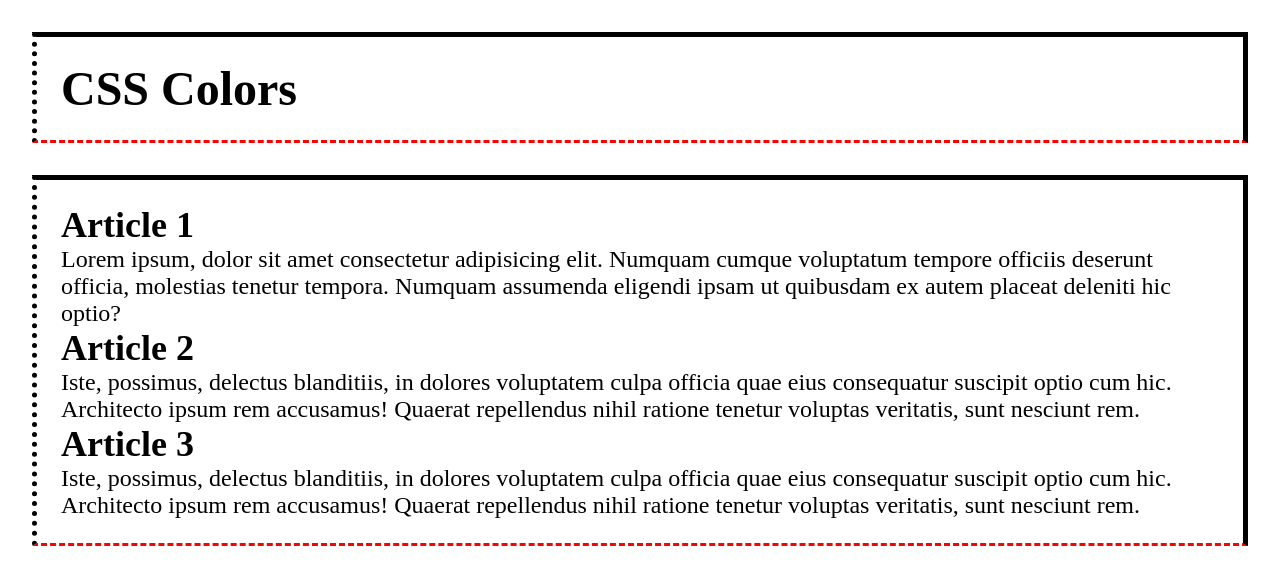
Repository: madhurik9999/Css
Page: index.html
These files come from the project's save history. The page is drawn as it stood at one moment and after the next save; the edit follows.
The browser window is 1280 px wide. The pictures show the whole page.

Above is the page before, as saved 2023-12-09 12:19:00.

After the next save:
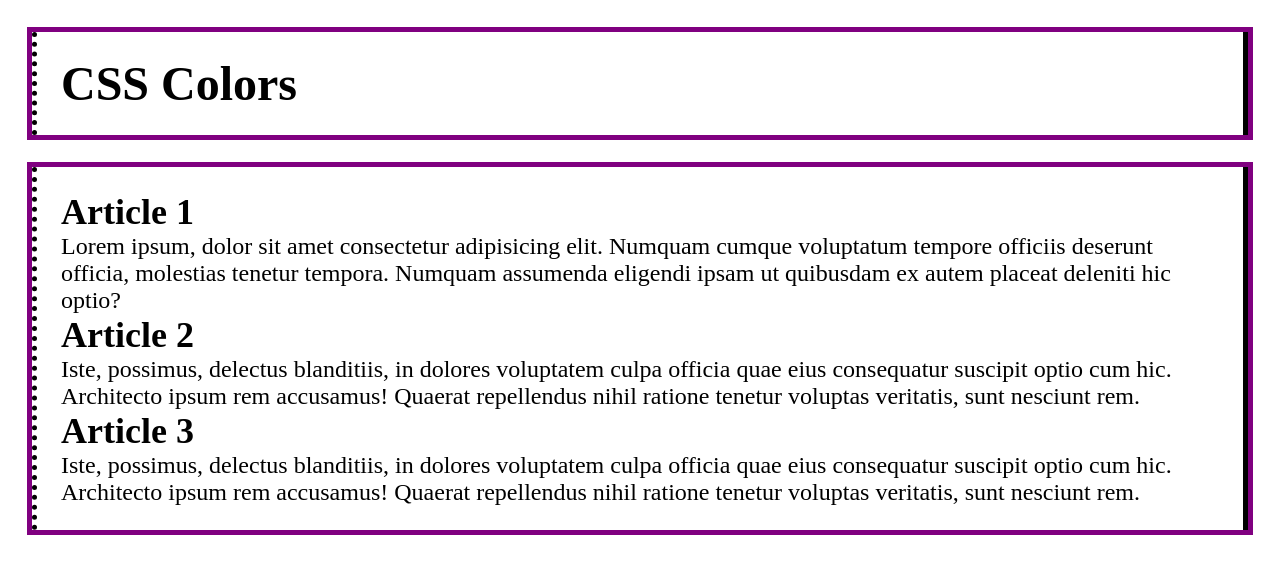
Saved 3 min 50 s later.
--- a/styles/style.css
+++ b/styles/style.css
@@ -97,8 +97,10 @@ h1 {
 }
 
 .container {
-    border: dashed red;
-    border-top: 5px solid;
+    /* border: dashed red; */
+    border: offset red;
+    /* border: double red; */
+    border-top-width: 5px;
     border-left: 5px dotted;
     border-right: 5px solid;
     font-size: 1.5rem;
@@ -110,4 +112,5 @@ h1 {
     /* margin: 2rem 2rem 2rem ;
     margin: 2rem 2rem; */
     padding: 1.5rem;
+    outline: 5px solid purple;
 }
